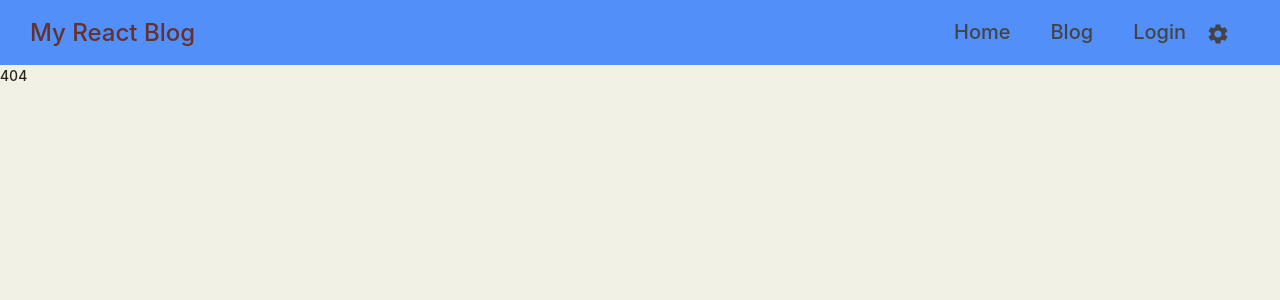
Repository: Kaycee-attah/react_blog
Page: /
The author's editor kept a copy of each file at every save. The page is drawn from the files as they stood at one save, then again after the next save.
The browser window is 1280 px wide. The pictures show the whole page.
The project was rebuilt for these pictures with package versions that can differ from the ones it lists, and the page was loaded fresh each time.

Above is the page before, as saved 2021-10-09 20:37:27.

After the next save:
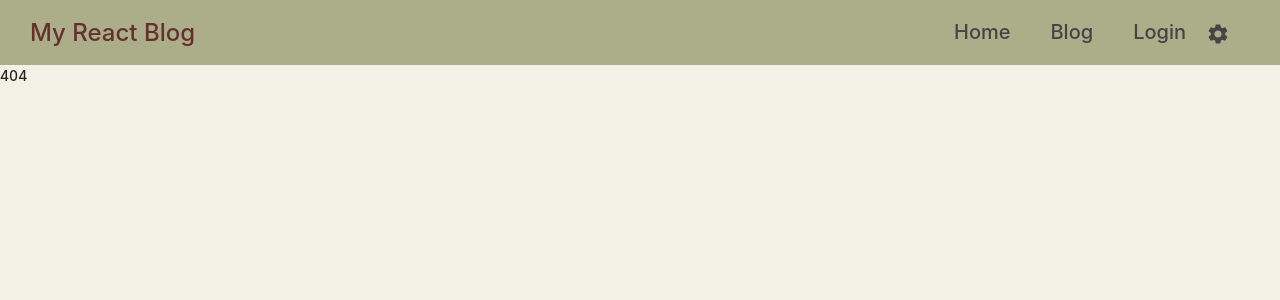
Saved 13 min 50 s later.
--- a/src/assets/scss/_variables.scss
+++ b/src/assets/scss/_variables.scss
@@ -5,7 +5,7 @@ $text-color: #65312F;
 $input-type-checkbox-Checked: #f8f8f8;
 $navigation-link-color-onHover: #2997ff;
 $navigation-link-color: #444;
-$navigation-background-color: #538FF8;
+$navigation-background-color: #ACAE89;
 $settings-dropDown-Menu-Card-backGroundColor: #f8f8f8;
 $settings-dropDown-Menu-backGroundColor: white;
 $toggle-checkbox-darkMode-backgroundColor: #092c3e;
